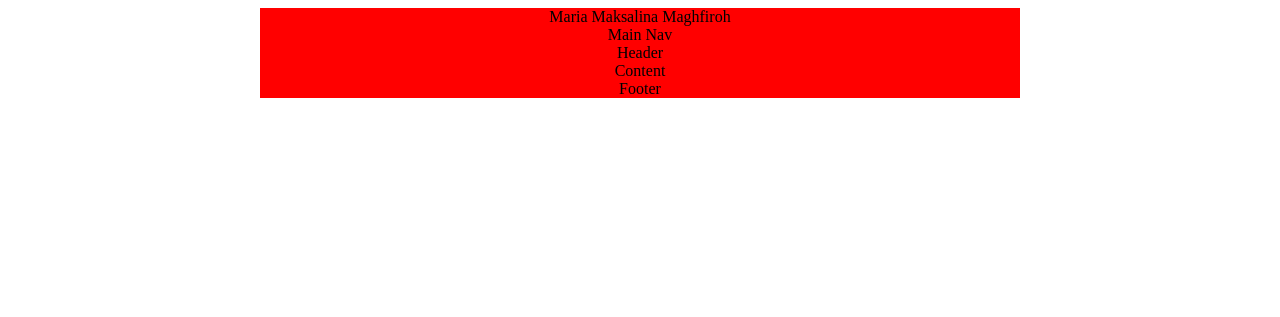
Repository: Bearli-py/latihan_bisdig
Page: index.html
The author's editor kept a copy of each file at every save. The page is drawn from the files as they stood at one save, then again after the next save.
The browser window is 1280 px wide. The pictures show the whole page.

Above is the page before, as saved 2025-09-09 15:07:32.

After the next save:
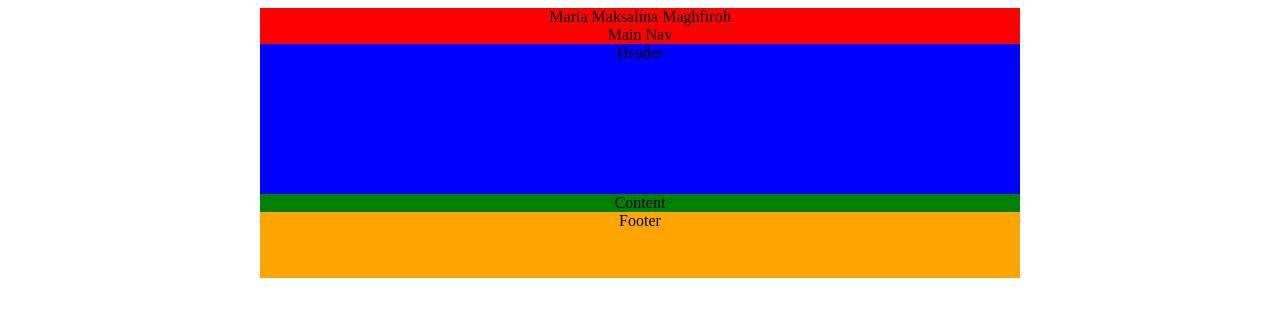
Saved 51 s later.
--- a/style.css
+++ b/style.css
@@ -4,3 +4,14 @@
     background: red;
     text-align: center;
 }
+#header {
+background: blue;
+height: 150px;
+}
+#content {
+background: green;
+}
+#footer {
+background: orange;
+height: 66px;
+}
